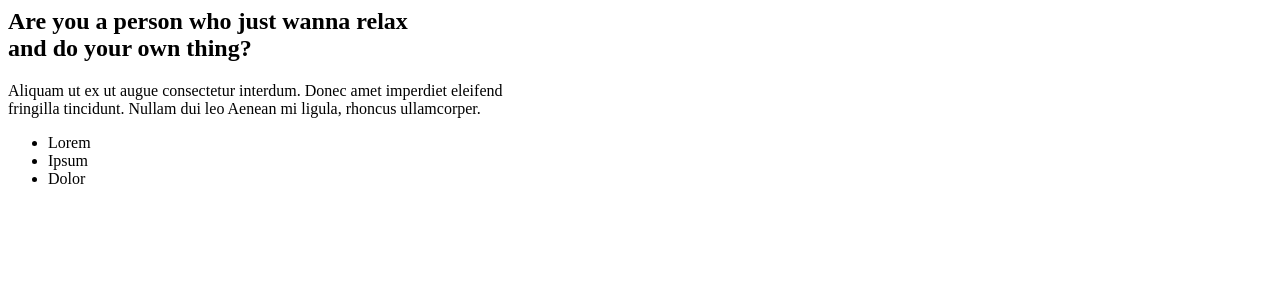
Repository: DOODpls/code_cafe
Page: _includes/description.html
An editor plug-in stored every save of this project. The page is shown before and after the next save, followed by the edit.
The browser window is 1280 px wide. The pictures show the whole page.

Above is the page before, as saved 2019-12-05 14:10:55.

### _includes/description.html
<!-- One -->
<section id="one" class="wrapper style1 special">
  <div class="inner">
    <header class="major">
      <h2>Are you a person who just wanna relax<br />
      and do your own thing?</h2>
      <p>Aliquam ut ex ut augue consectetur interdum. Donec amet imperdiet eleifend<br />
      fringilla tincidunt. Nullam dui leo Aenean mi ligula, rhoncus ullamcorper.</p>
    </header>
    <ul class="icons major">
      <li><span class="icon fa-diamond major style1"><span class="label">Lorem</span></span></li>
      <li><span class="icon fa-heart-o major style2"><span class="label">Ipsum</span></span></li>
      <li><span class="icon fa-code major style3"><span class="label">Dolor</span></span></li>
    </ul>
  </div>
</section>

After the next save:
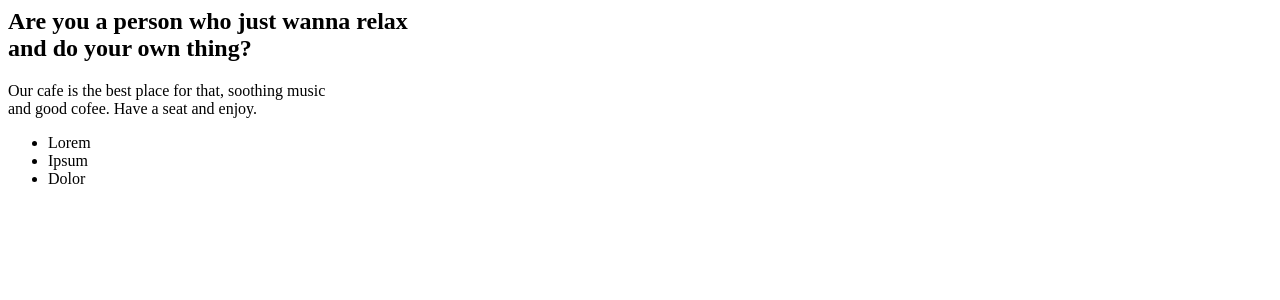
Saved 4 min 55 s later.
--- a/_includes/description.html
+++ b/_includes/description.html
@@ -4,8 +4,8 @@
     <header class="major">
       <h2>Are you a person who just wanna relax<br />
       and do your own thing?</h2>
-      <p>Aliquam ut ex ut augue consectetur interdum. Donec amet imperdiet eleifend<br />
-      fringilla tincidunt. Nullam dui leo Aenean mi ligula, rhoncus ullamcorper.</p>
+      <p>Our cafe is the best place for that, soothing music<br />
+      and good cofee. Have a seat and enjoy.</p>
     </header>
     <ul class="icons major">
       <li><span class="icon fa-diamond major style1"><span class="label">Lorem</span></span></li>
